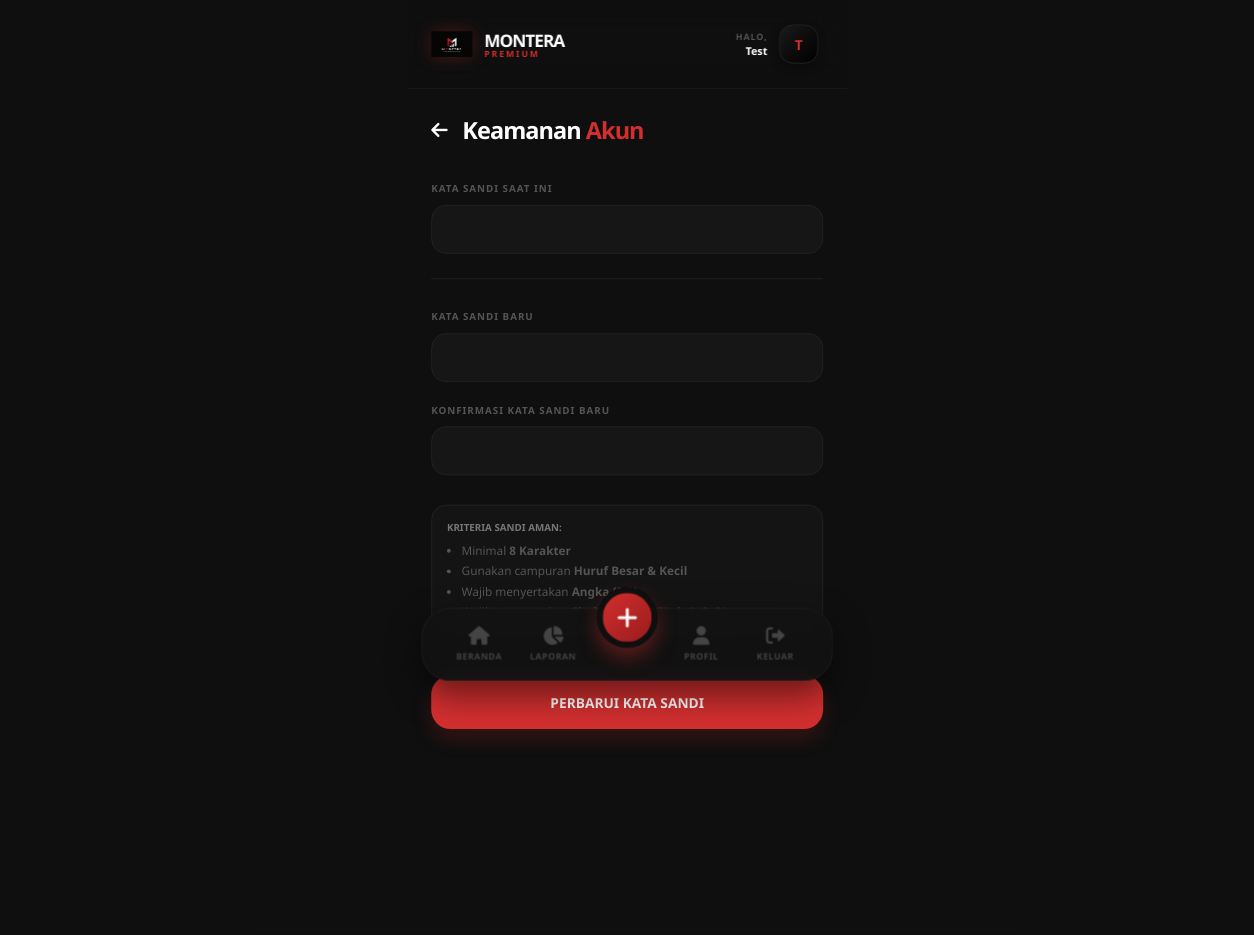
Repository: Tenno1208/montera-app
Page: http://localhost/profil/keamanan
These files come from the project's save history. The page is drawn as it stood at one moment and after the next save; the edit follows.
The browser window is 1280 px wide. The pictures show the whole page, at 98% of full size.
The page is served by the project's Laravel application, run on PHP 8.4 with Laravel 12. A made-up administrator, Test User (test@example.com), is signed in. Other server files are loaded and not shown.

Above is the page before, as saved 2026-04-23 20:11:44.

### routes/web.php
<?php

use Illuminate\Support\Facades\Route;
use App\Http\Controllers\AuthController;
use App\Http\Controllers\TransactionController;

Route::get('/', function () {
    return view('welcome');
});


Route::middleware(['auth'])->group(function () {
Route::get('/', [TransactionController::class, 'index'])->name('home');
Route::post('/store', [TransactionController::class, 'store'])->name('store');
Route::get('/laporan', [TransactionController::class, 'report'])->name('laporan');
Route::get('/profil', [AuthController::class, 'showProfil'])->name('profil');

Route::post('/scan-nota', [App\Http\Controllers\TransactionController::class, 'scanNota'])->name('scan.nota');
Route::get('/bantuan', function () { return view('support.help'); })->name('bantuan');
Route::get('/tentang', function () { return view('support.about'); })->name('tentang');

Route::get('/profil/edit', [AuthController::class, 'editProfil'])->name('profil.edit');
Route::put('/profil/update', [AuthController::class, 'updateProfil'])->name('profil.update');

Route::get('/profil/keamanan', [AuthController::class, 'editKeamanan'])->name('profil.keamanan');
Route::put('/profil/keamanan/update', [AuthController::class, 'updateKeamanan'])->name('profil.keamanan.update');
});


// Landing Page (Halaman Utama)
Route::get('/', function () {
    return view('landing');
})->name('landing');

// Halaman Login & Register
Route::get('/login', [AuthController::class, 'showLogin'])->name('login');
Route::post('/login', [AuthController::class, 'login']);
Route::get('/register', [AuthController::class, 'showRegister'])->name('register');
Route::post('/register', [AuthController::class, 'register']);
Route::post('/logout', [AuthController::class, 'logout'])->name('logout');

// Halaman yang BUTUH LOGIN (Gunakan Middleware Auth)
Route::middleware(['auth'])->group(function () {
    Route::get('/home', [TransactionController::class, 'index'])->name('home');
    Route::get('/laporan', [TransactionController::class, 'report'])->name('laporan');
    Route::post('/store', [TransactionController::class, 'store'])->name('store');
});

### app/Models/User.php
<?php

namespace App\Models;

// use Illuminate\Contracts\Auth\MustVerifyEmail;
use Database\Factories\UserFactory;
use Illuminate\Database\Eloquent\Factories\HasFactory;
use Illuminate\Foundation\Auth\User as Authenticatable;
use Illuminate\Notifications\Notifiable;

class User extends Authenticatable
{
    /** @use HasFactory<UserFactory> */
    use HasFactory, Notifiable;

    /**
     * The attributes that are mass assignable.
     *
     * @var list<string>
     */
    protected $fillable = [
        'name',
        'email',
        'password',
    ];

    /**
     * The attributes that should be hidden for serialization.
     *
     * @var list<string>
     */
    protected $hidden = [
        'password',
        'remember_token',
    ];

    /**
     * Get the attributes that should be cast.
     *
     * @return array<string, string>
     */
    protected function casts(): array
    {
        return [
            'email_verified_at' => 'datetime',
            'password' => 'hashed',
        ];
    }
}

### app/Http/Controllers/AuthController.php
<?php

namespace App\Http\Controllers;

use App\Models\User;
use Illuminate\Http\Request;
use Illuminate\Support\Facades\Auth;
use Illuminate\Support\Facades\Hash;

class AuthController extends Controller
{
    public function showLogin() { return view('auth.login'); }
    public function showRegister() { return view('auth.register'); }

    public function register(Request $request) {
    // Pesan validasi Bahasa Indonesia
    $messages = [
        'name.required' => 'Nama lengkap wajib diisi.',
        'email.required' => 'Alamat email wajib diisi.',
        'email.email' => 'Format email tidak valid.',
        'email.unique' => 'Email ini sudah terdaftar.',
        'password.required' => 'Kata sandi wajib diisi.',
        'password.min' => 'Kata sandi minimal harus 8 karakter.',
        'password.confirmed' => 'Konfirmasi kata sandi tidak cocok.',
    ];

    $request->validate([
        'name' => 'required|string|max:255',
        'email' => 'required|string|email|max:255|unique:users',
        'password' => 'required|string|min:8|confirmed',
    ], $messages);

    User::create([
        'name' => $request->name,
        'email' => $request->email,
        'password' => Hash::make($request->password),
    ]);

    // Redirect ke Login bukan ke Home
    return redirect()->route('login')->with('success', 'Akun berhasil dibuat! Silakan masuk.');
}

    public function login(Request $request) {
        if (Auth::attempt($request->only('email', 'password'))) {
            return redirect()->route('home');
        }
        return back()->withErrors(['email' => 'Email atau password salah.']);
    }

    public function logout() {
        Auth::logout();
        return redirect()->route('landing');
    }

    public function showProfil()
{
    $user = Auth::user();

    // Jika user ternyata null (belum login), tendang ke halaman login
    if (!$user) {
        return redirect()->route('login');
    }

    // Hitung total transaksi HANYA milik user ini
    $transactionCount = \App\Models\Transaction::where('user_id', $user->id)->count();

    return view('profil', compact('user', 'transactionCount'));
}

// Tambahkan 'use Illuminate\Support\Facades\Hash;' di bagian atas jika belum ada

public function editProfil() {
    return view('auth.edit_profil', ['user' => auth()->user()]);
}

public function updateProfil(Request $request) {
    $user = auth()->user();
    $request->validate([
        'name' => 'required|string|max:255',
        'email' => 'required|string|email|max:255|unique:users,email,' . $user->id,
    ]);

    $user->update($request->only('name', 'email'));
    return redirect()->route('profil')->with('success', 'Profil berhasil diperbarui!');
}

public function editKeamanan() {
    return view('auth.keamanan');
}

public function updateKeamanan(Request $request) {
    $request->validate([
        'current_password' => 'required|current_password',
        'password' => [
            'required',
            'string',
            'min:8',             // Minimal 8 karakter
            'confirmed',
            'regex:/[a-z]/',      // Harus ada huruf kecil
            'regex:/[A-Z]/',      // Harus ada huruf besar
            'regex:/[0-9]/',      // Harus ada angka
            'regex:/[@$!%*#?&]/', // Harus ada simbol (@$!%*#?&)
        ],
    ], [
        'current_password.current_password' => 'Kata sandi lama tidak sesuai.',
        'password.regex' => 'Kata sandi harus mengandung huruf besar, huruf kecil, angka, dan simbol.',
        'password.min' => 'Kata sandi minimal 8 karakter.',
        'password.confirmed' => 'Konfirmasi kata sandi tidak cocok.'
    ]);

    auth()->user()->update([
        'password' => \Illuminate\Support\Facades\Hash::make($request->password)
    ]);

    return redirect()->route('profil')->with('success', 'Kata sandi berhasil diganti!');
}
}

### resources/views/auth/keamanan.blade.php
@extends('layouts.app')

@section('content')
<div style="padding: 25px; padding-bottom: 100px;">
    <div style="display: flex; align-items: center; gap: 15px; margin-bottom: 30px;">
        <a href="{{ route('profil') }}" style="color: white; font-size: 1.2rem;"><i class="fa-solid fa-arrow-left"></i></a>
        <h2 style="font-weight: 900; margin: 0; letter-spacing: -1px;">Keamanan <span style="color: #D32F2F;">Akun</span></h2>
    </div>

    <form action="{{ route('profil.keamanan.update') }}" method="POST">
        @csrf @method('PUT')

        <div style="margin-bottom: 25px;">
            <label style="font-size: 10px; color: #555; font-weight: 800; text-transform: uppercase; letter-spacing: 1px;">Kata Sandi Saat Ini</label>
            <input type="password" name="current_password" required
                   style="width: 100%; background: #161616; border: 1px solid #222; color: white; padding: 15px; border-radius: 15px; margin-top: 8px; outline: none; transition: 0.3s;">
            @error('current_password') <small style="color: #D32F2F; font-weight: bold; margin-top: 5px; display: block;">{{ $message }}</small> @enderror
        </div>

        <div style="height: 1px; background: #222; margin-bottom: 25px;"></div>

        <div style="margin-bottom: 15px;">
            <label style="font-size: 10px; color: #555; font-weight: 800; text-transform: uppercase; letter-spacing: 1px;">Kata Sandi Baru</label>
            <input type="password" name="password" required
                   style="width: 100%; background: #161616; border: 1px solid #222; color: white; padding: 15px; border-radius: 15px; margin-top: 8px; outline: none;">
            @error('password') <small style="color: #D32F2F; font-weight: bold; margin-top: 5px; display: block;">{{ $message }}</small> @enderror
        </div>

        <div style="margin-bottom: 30px;">
            <label style="font-size: 10px; color: #555; font-weight: 800; text-transform: uppercase; letter-spacing: 1px;">Konfirmasi Kata Sandi Baru</label>
            <input type="password" name="password_confirmation" required
                   style="width: 100%; background: #161616; border: 1px solid #222; color: white; padding: 15px; border-radius: 15px; margin-top: 8px; outline: none;">
        </div>

        <div style="background: rgba(255,255,255,0.02); padding: 15px; border-radius: 15px; border: 1px solid #222; margin-bottom: 20px;">
            <p style="font-size: 10px; color: #777; font-weight: 800; margin-bottom: 8px; text-transform: uppercase;">Kriteria Sandi Aman:</p>
            <ul style="margin: 0; padding-left: 15px; font-size: 0.75rem; color: #555; display: flex; flex-direction: column; gap: 4px;">
                <li>Minimal <strong>8 Karakter</strong></li>
                <li>Gunakan campuran <strong>Huruf Besar & Kecil</strong></li>
                <li>Wajib menyertakan <strong>Angka (0-9)</strong></li>
                <li>Wajib menyertakan <strong>Simbol (@, $, !, %, *, #, ?, &)</strong></li>
            </ul>
        </div>

        <button type="submit" class="btn-submit" style="width: 100%; background: #D32F2F; color: white; border: none; padding: 18px; border-radius: 20px; font-weight: 900; font-size: 14px; cursor: pointer; box-shadow: 0 10px 20px rgba(211, 47, 47, 0.2);">
            PERBARUI KATA SANDI
        </button>
    </form>
</div>
@endsection

### resources/views/layouts/app.blade.php
<!DOCTYPE html>
<html lang="id">
<head>
    <meta charset="UTF-8">
    <meta name="viewport" content="width=device-width, initial-scale=1.0, maximum-scale=1.0, user-scalable=no">
    <title>Montera - Catatan Keuangan</title>
    <link href="https://cdnjs.cloudflare.com/ajax/libs/font-awesome/6.0.0/css/all.min.css" rel="stylesheet">
    <style>
        * { margin: 0; padding: 0; box-sizing: border-box; font-family: 'Segoe UI', sans-serif; }
        body { background-color: #0F0F0F; color: #FFFFFF; overflow-x: hidden; }
        .app-container { max-width: 450px; margin: 0 auto; min-height: 100vh; padding-bottom: 110px; position: relative; }

        /* CSS Modal tetap di sini agar global */
        .modal { position: fixed; inset: 0; background: rgba(0,0,0,0.8); z-index: 1000; display: none; align-items: flex-end; }
        .modal-content { width: 100%; max-width: 450px; margin: 0 auto; background: #121212; border-radius: 40px 40px 0 0; padding: 40px 30px; transform: translateY(100%); transition: transform 0.4s ease; }
        .modal.active { display: flex; }
        .modal.active .modal-content { transform: translateY(0); }
        .input-control { width: 100%; background: #1A1A1A; border: 1px solid #222; padding: 15px; border-radius: 15px; color: white; margin-top: 5px; outline: none; }
        .btn-submit { width: 100%; background: #D32F2F; color: white; border: none; padding: 18px; border-radius: 20px; font-weight: 900; text-transform: uppercase; margin-top: 20px; cursor: pointer; }
    </style>
    @yield('styles')
</head>
<body>
    <div class="app-container">
        @include('partials.header')

        @yield('content')

        @include('partials.navbar')
    </div>

    @yield('scripts')
</body>
</html>
<script>
    function openModal() {
        const modal = document.getElementById('modalTransaction');
        modal.classList.add('active');
    }
    function closeModal() {
        const modal = document.getElementById('modalTransaction');
        modal.classList.remove('active');
    }

    // Menutup modal jika klik di area gelap (luar form)
    window.onclick = function(event) {
        const modal = document.getElementById('modalTransaction');
        if (event.target == modal) {
            closeModal();
        }
    }
</script>

### resources/views/partials/header.blade.php
<style>
    header {
        padding: 20px 25px;
        display: flex;
        justify-content: space-between;
        align-items: center;
        position: sticky;
        top: 0;
        background: rgba(15, 15, 15, 0.8);
        backdrop-filter: blur(15px);
        -webkit-backdrop-filter: blur(15px);
        z-index: 1000;
        border-bottom: 1px solid rgba(255,255,255,0.05);
    }
    .logo-section { display: flex; align-items: center; gap: 12px; }
    .logo-img { width: 42px; height: 42px; object-fit: contain; filter: drop-shadow(0 0 8px rgba(211, 47, 47, 0.3)); }
    .brand-name h1 { font-size: 1.1rem; font-weight: 900; letter-spacing: -1px; margin-bottom: -4px; color: white; }
    .brand-name p { font-size: 0.55rem; color: #D32F2F; font-weight: 800; letter-spacing: 2px; text-transform: uppercase; }

    /* Profile Wrapper */
    .profile-wrapper { position: relative; }

    .user-profile {
        display: flex;
        align-items: center;
        gap: 12px;
        background: none;
        border: none;
        cursor: pointer;
        padding: 5px;
        border-radius: 18px;
        transition: 0.3s;
    }
    .user-profile:active { background: rgba(255,255,255,0.05); transform: scale(0.95); }

    .user-info { text-align: right; }
    .user-info .greet { display: block; font-size: 9px; color: #555; font-weight: bold; text-transform: uppercase; letter-spacing: 1px; }
    .user-info .name { display: block; font-size: 11px; color: white; font-weight: 800; }

    .avatar-circle {
        width: 40px;
        height: 40px;
        background: linear-gradient(135deg, #1A1A1A 0%, #000000 100%);
        border: 1px solid #222;
        border-radius: 14px;
        display: flex;
        align-items: center;
        justify-content: center;
        color: #D32F2F;
        font-weight: 800;
        font-size: 14px;
        box-shadow: 0 4px 10px rgba(0,0,0,0.3);
    }

    /* DROPDOWN MENU MEWAH */
    .profile-dropdown {
        position: absolute;
        top: 60px;
        right: 0;
        width: 200px;
        background: #161616;
        border: 1px solid #222;
        border-radius: 22px;
        padding: 10px;
        box-shadow: 0 20px 40px rgba(0,0,0,0.5);
        display: none; /* Sembunyi default */
        z-index: 1001;
        transform-origin: top right;
        animation: dropAnim 0.3s cubic-bezier(0.34, 1.56, 0.64, 1);
    }

    @keyframes dropAnim {
        from { transform: scale(0.8); opacity: 0; }
        to { transform: scale(1); opacity: 1; }
    }

    .profile-dropdown.active { display: block; }

    .dropdown-item {
        display: flex;
        align-items: center;
        gap: 12px;
        padding: 12px 15px;
        color: #aaa;
        text-decoration: none;
        font-size: 0.8rem;
        font-weight: 600;
        border-radius: 15px;
        transition: 0.3s;
    }

    .dropdown-item i { width: 16px; color: #555; transition: 0.3s; }
    .dropdown-item:hover, .dropdown-item:active { background: #1f1f1f; color: white; }
    .dropdown-item:hover i { color: #D32F2F; }

    .dropdown-divider { height: 1px; background: #222; margin: 8px 10px; }
</style>

<header>
    <div class="logo-section">
        <img src="{{ asset('img/logo-montera.png') }}" alt="M" class="logo-img">
        <div class="brand-name">
            <h1>MONTERA</h1>
            <p>Premium</p>
        </div>
    </div>

    @auth
    <div class="profile-wrapper">
        <div class="user-profile" onclick="toggleDropdown(event)">
            <div class="user-info">
                <span class="greet">Halo,</span>
                <span class="name">{{ explode(' ', Auth::user()->name)[0] }}</span>
            </div>
            <div class="avatar-circle">
                {{ strtoupper(substr(Auth::user()->name, 0, 1)) }}
            </div>
        </div>

        <div class="profile-dropdown" id="profileDropdown">
            <a href="{{ route('profil') }}" class="dropdown-item">
                <i class="fa-solid fa-user-gear"></i>
                <span>Profil Saya</span>
            </a>
            <a href="{{ route('laporan') }}" class="dropdown-item">
                <i class="fa-solid fa-chart-line"></i>
                <span>Analisis Kas</span>
            </a>
            <div class="dropdown-divider"></div>
            <a href="#" class="dropdown-item" style="color: #ff4d4d;" onclick="showLogoutConfirm(event)">
                <i class="fa-solid fa-right-from-bracket" style="color: #ff4d4d;"></i>
                <span>Keluar</span>
            </a>
        </div>
    </div>
    @endauth

    @guest
    <a href="{{ route('login') }}" class="profile-btn">
        <i class="fa-solid fa-user-circle"></i>
    </a>
    @endguest
</header>

<script>
    function toggleDropdown(event) {
        event.stopPropagation();
        document.getElementById('profileDropdown').classList.toggle('active');
    }

    // Tutup dropdown jika klik di mana saja
    window.addEventListener('click', function() {
        const dropdown = document.getElementById('profileDropdown');
        if (dropdown && dropdown.classList.contains('active')) {
            dropdown.classList.remove('active');
        }
    });
</script>

Loaded but not shown: app/Http/Controllers/Controller.php (common file); resources/views/partials/navbar.blade.php (195 lines, source omitted)

After the next save:
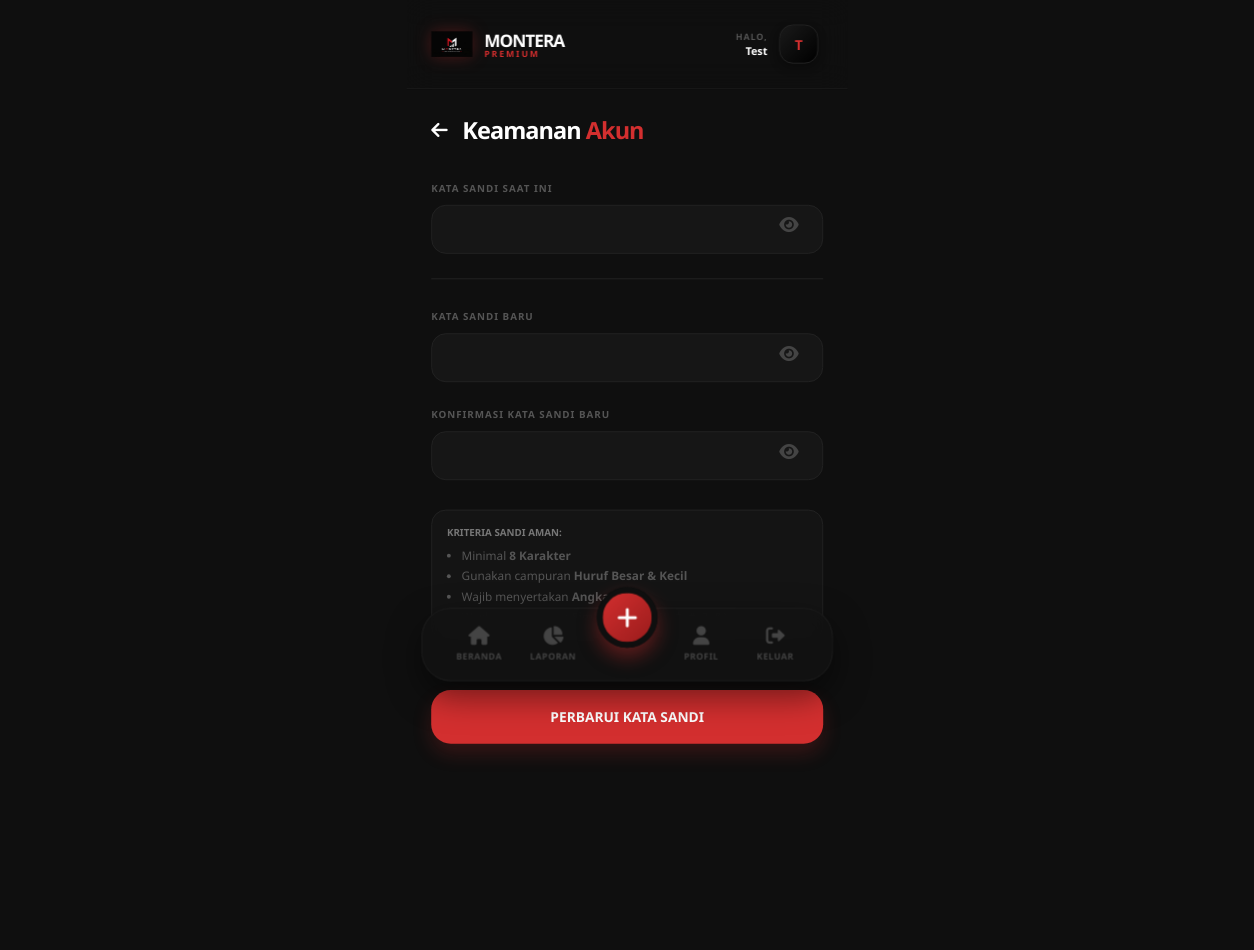
Saved 94 s later.
--- a/resources/views/auth/keamanan.blade.php
+++ b/resources/views/auth/keamanan.blade.php
@@ -1,4 +1,43 @@
 @extends('layouts.app')
+
+@section('styles')
+<style>
+    .password-wrapper {
+        position: relative;
+        width: 100%;
+    }
+    .toggle-password {
+        position: absolute;
+        right: 20px;
+        top: 50%;
+        transform: translateY(-50%);
+        color: #444;
+        cursor: pointer;
+        font-size: 1.1rem;
+        z-index: 10;
+        padding: 5px;
+        transition: 0.3s;
+    }
+    .toggle-password:active {
+        color: #D32F2F;
+    }
+    .input-pass {
+        width: 100%;
+        background: #161616;
+        border: 1px solid #222;
+        color: white;
+        padding: 15px;
+        padding-right: 50px; /* Ruang untuk ikon mata */
+        border-radius: 15px;
+        margin-top: 8px;
+        outline: none;
+        transition: 0.3s;
+    }
+    .input-pass:focus {
+        border-color: #D32F2F;
+    }
+</style>
+@endsection
 
 @section('content')
 <div style="padding: 25px; padding-bottom: 100px;">
@@ -12,27 +51,33 @@
 
         <div style="margin-bottom: 25px;">
             <label style="font-size: 10px; color: #555; font-weight: 800; text-transform: uppercase; letter-spacing: 1px;">Kata Sandi Saat Ini</label>
-            <input type="password" name="current_password" required
-                   style="width: 100%; background: #161616; border: 1px solid #222; color: white; padding: 15px; border-radius: 15px; margin-top: 8px; outline: none; transition: 0.3s;">
+            <div class="password-wrapper">
+                <input type="password" name="current_password" class="input-pass" id="pass1" required>
+                <i class="fa-solid fa-eye toggle-password" onclick="togglePass('pass1', this)"></i>
+            </div>
             @error('current_password') <small style="color: #D32F2F; font-weight: bold; margin-top: 5px; display: block;">{{ $message }}</small> @enderror
         </div>
 
         <div style="height: 1px; background: #222; margin-bottom: 25px;"></div>
 
-        <div style="margin-bottom: 15px;">
+        <div style="margin-bottom: 20px;">
             <label style="font-size: 10px; color: #555; font-weight: 800; text-transform: uppercase; letter-spacing: 1px;">Kata Sandi Baru</label>
-            <input type="password" name="password" required
-                   style="width: 100%; background: #161616; border: 1px solid #222; color: white; padding: 15px; border-radius: 15px; margin-top: 8px; outline: none;">
+            <div class="password-wrapper">
+                <input type="password" name="password" class="input-pass" id="pass2" required>
+                <i class="fa-solid fa-eye toggle-password" onclick="togglePass('pass2', this)"></i>
+            </div>
             @error('password') <small style="color: #D32F2F; font-weight: bold; margin-top: 5px; display: block;">{{ $message }}</small> @enderror
         </div>
 
         <div style="margin-bottom: 30px;">
             <label style="font-size: 10px; color: #555; font-weight: 800; text-transform: uppercase; letter-spacing: 1px;">Konfirmasi Kata Sandi Baru</label>
-            <input type="password" name="password_confirmation" required
-                   style="width: 100%; background: #161616; border: 1px solid #222; color: white; padding: 15px; border-radius: 15px; margin-top: 8px; outline: none;">
+            <div class="password-wrapper">
+                <input type="password" name="password_confirmation" class="input-pass" id="pass3" required>
+                <i class="fa-solid fa-eye toggle-password" onclick="togglePass('pass3', this)"></i>
+            </div>
         </div>
 
-        <div style="background: rgba(255,255,255,0.02); padding: 15px; border-radius: 15px; border: 1px solid #222; margin-bottom: 20px;">
+        <div style="background: rgba(255,255,255,0.02); padding: 15px; border-radius: 15px; border: 1px solid #222; margin-bottom: 30px;">
             <p style="font-size: 10px; color: #777; font-weight: 800; margin-bottom: 8px; text-transform: uppercase;">Kriteria Sandi Aman:</p>
             <ul style="margin: 0; padding-left: 15px; font-size: 0.75rem; color: #555; display: flex; flex-direction: column; gap: 4px;">
                 <li>Minimal <strong>8 Karakter</strong></li>
@@ -48,3 +93,22 @@
     </form>
 </div>
 @endsection
+
+@section('scripts')
+<script>
+    function togglePass(id, icon) {
+        const input = document.getElementById(id);
+        if (input.type === "password") {
+            input.type = "text";
+            icon.classList.remove('fa-eye');
+            icon.classList.add('fa-eye-slash');
+            icon.style.color = "#D32F2F";
+        } else {
+            input.type = "password";
+            icon.classList.remove('fa-eye-slash');
+            icon.classList.add('fa-eye');
+            icon.style.color = "#444";
+        }
+    }
+</script>
+@endsection
